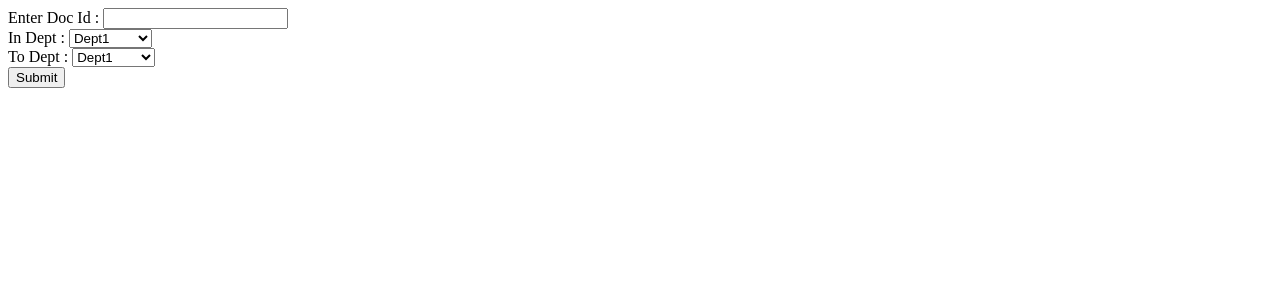
Repository: javaSingh/java
Page: workspace/minor project with inder 7th sem/WebContent/senddoc.html
These files come from the project's save history. The page is drawn as it stood at one moment and after the next save; the edit follows.
The browser window is 1280 px wide. The pictures show the whole page.

Above is the page before, as saved 2014-10-19 15:50:25.

### workspace/minor project with inder 7th sem/WebContent/senddoc.html
<!DOCTYPE html PUBLIC "-//W3C//DTD HTML 4.01 Transitional//EN" "http://www.w3.org/TR/html4/loose.dtd">
<html>
<head>
<meta http-equiv="Content-Type" content="text/html; charset=ISO-8859-1">
<title>Insert title here</title>
</head>
<body>

<form action='Serv2'>
Enter Doc Id : <input type='number' name='docid' required autofoucs></input><br>
In Dept : <select name='indept'>
  <option value="Dept1">Dept1</option>
  <option value="Dept2">Dept2</option>
  <option value="Dept3">Dept3</option>
  <option value="Dept4">Dept4</option>
  <option value="Reception">Reception</option>
</select><br>
To Dept : <select name='todept'>
  <option value="Dept1">Dept1</option>
  <option value="Dept2">Dept2</option>
  <option value="Dept3">Dept3</option>
  <option value="Dept4">Dept4</option>
  <option value="Reception">Reception</option>
</select><br>
<input type='submit'></input>


</form>

</body>
</html>

After the next save:
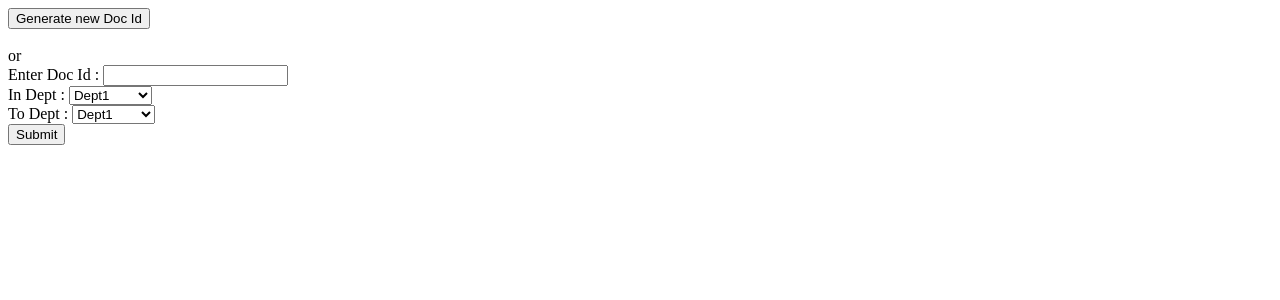
Saved 23 s later.
--- a/workspace/minor project with inder 7th sem/WebContent/senddoc.html
+++ b/workspace/minor project with inder 7th sem/WebContent/senddoc.html
@@ -5,6 +5,12 @@
 <title>Insert title here</title>
 </head>
 <body>
+<form action='Serv3'>
+<input type='submit'value='Generate new Doc Id'></input>
+</form>
+<br>
+or
+<br>
 
 <form action='Serv2'>
 Enter Doc Id : <input type='number' name='docid' required autofoucs></input><br>
